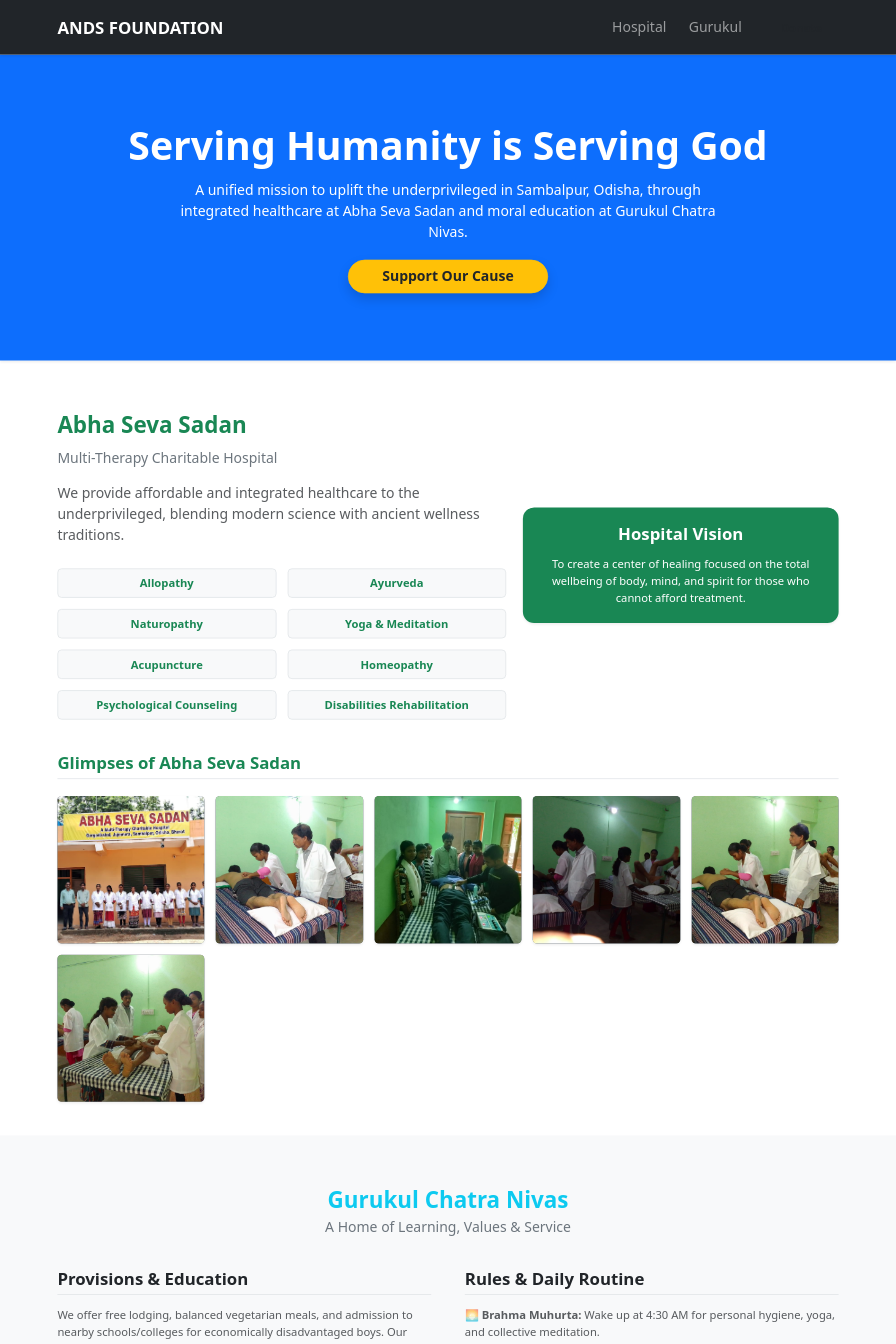
Repository: Gagankumar7869/ngo-website
Page: /
An editor plug-in stored every save of this project. The page is shown before and after the next save, followed by the edit.
The browser window is 1280 px wide. The pictures show the part of the page from y = 0 to 1920 px (the page is 3963 px tall before and 4001 px after), at 70% of full size.
The project was rebuilt for these pictures with package versions that can differ from the ones it lists, and the page was loaded fresh each time. Also part of the build but not shown: vite.config.js, src/index.css.

Above is the page before, as saved 2026-03-18 11:11:21.

After the next save:
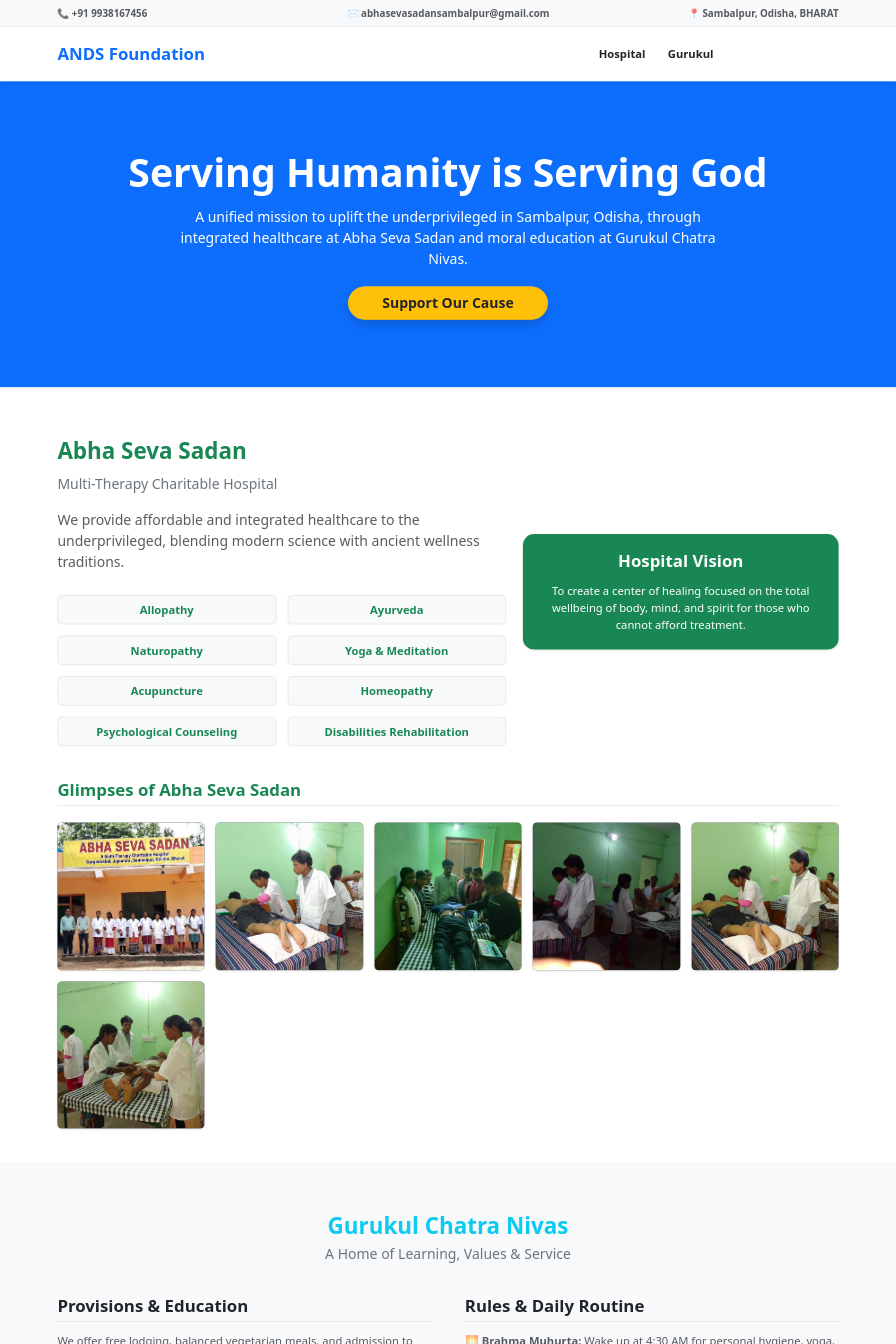
Saved 2 min 20 s later.
--- a/src/components/Navigation.jsx
+++ b/src/components/Navigation.jsx
@@ -3,23 +3,43 @@
 
 const Navigation = () => {
   return (
-    <Navbar bg="dark" variant="dark" expand="lg" sticky="top" className="shadow-sm py-3">
-      <Container>
-        <Navbar.Brand href="#" className="fw-bold fs-4 text-uppercase">
-          ANDS Foundation
-        </Navbar.Brand>
-        <Navbar.Toggle aria-controls="basic-navbar-nav" />
-        <Navbar.Collapse id="basic-navbar-nav">
-          <Nav className="ms-auto align-items-center">
-            <Nav.Link href="#hospital" className="fs-5 px-3">Hospital</Nav.Link>
-            <Nav.Link href="#gurukul" className="fs-5 px-3">Gurukul</Nav.Link>
-            <Nav.Link href="#donate" className="btn btn-warning text-dark fw-bold ms-lg-3 px-4 rounded-pill">
-              Donate
-            </Nav.Link>
-          </Nav>
-        </Navbar.Collapse>
-      </Container>
-    </Navbar>
+    <>
+      {/* Top Contact Bar */}
+      <div className="bg-light py-2 border-bottom d-none d-lg-block">
+        <Container>
+          <div className="row text-muted small fw-semibold">
+            <div className="col-md-4">
+              📞 +91 9938167456
+            </div>
+            <div className="col-md-4 text-center">
+              ✉️ abhasevasadansambalpur@gmail.com
+            </div>
+            <div className="col-md-4 text-end">
+              📍 Sambalpur, Odisha, BHARAT
+            </div>
+          </div>
+        </Container>
+      </div>
+
+      {/* Main Navbar */}
+      <Navbar bg="white" variant="light" expand="lg" sticky="top" className="shadow-sm py-3">
+        <Container>
+          <Navbar.Brand href="#" className="fw-bold fs-4 text-primary">
+            ANDS Foundation
+          </Navbar.Brand>
+          <Navbar.Toggle aria-controls="basic-navbar-nav" />
+          <Navbar.Collapse id="basic-navbar-nav">
+            <Nav className="ms-auto align-items-center fw-semibold">
+              <Nav.Link href="#hospital" className="fs-6 px-3 text-dark">Hospital</Nav.Link>
+              <Nav.Link href="#gurukul" className="fs-6 px-3 text-dark">Gurukul</Nav.Link>
+              <Nav.Link href="#donate" className="btn btn-dark text-white fw-bold ms-lg-3 px-4 rounded-pill">
+                Donate Now
+              </Nav.Link>
+            </Nav>
+          </Navbar.Collapse>
+        </Container>
+      </Navbar>
+    </>
   );
 };
 
